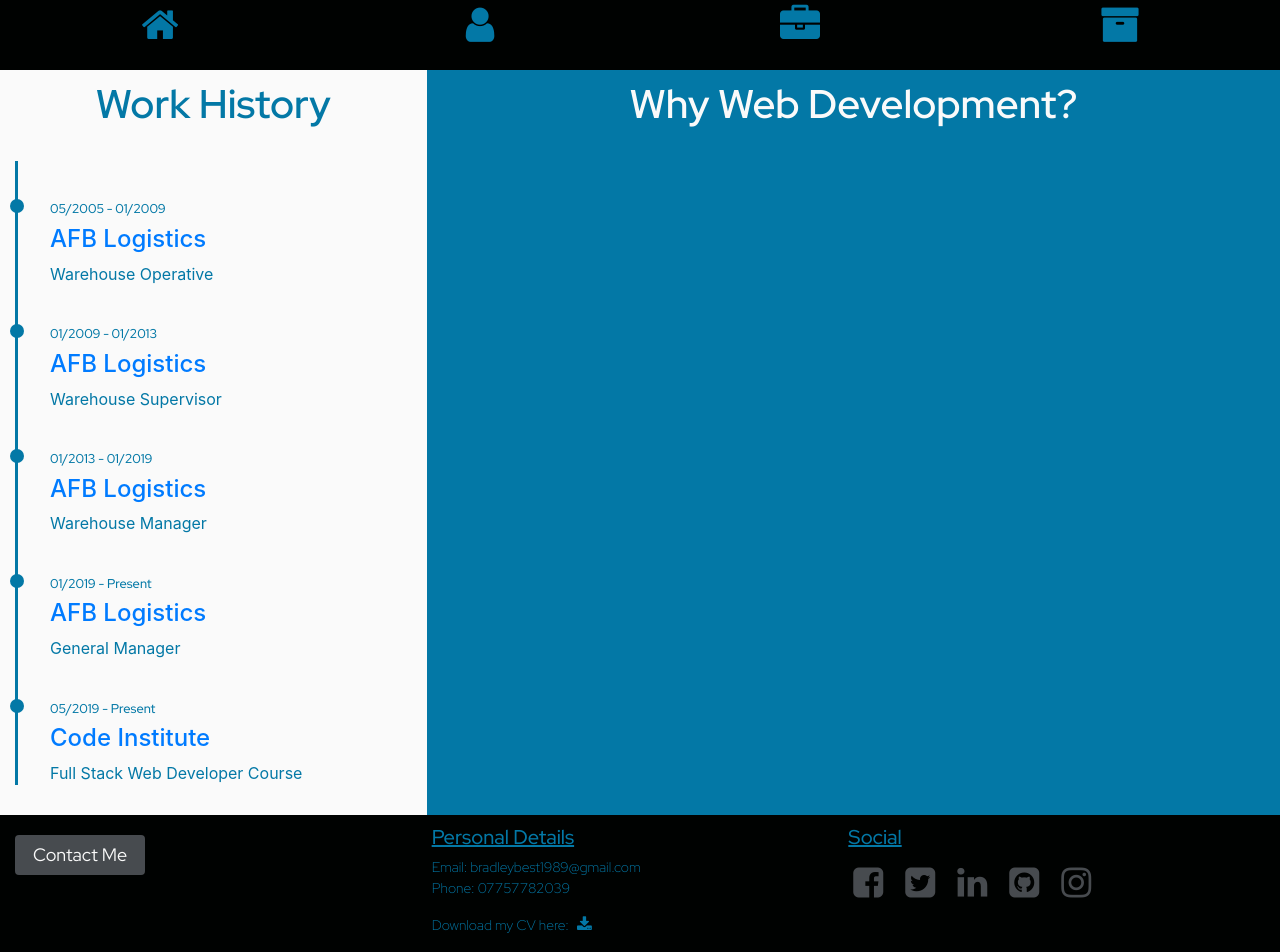
Repository: Brad000/Resume-project
Page: work-history.html
The author's editor kept a record of every edit. The page is drawn from the files as they stood at one moment, then again after the next edit.
The browser window is 1280 px wide. The pictures show the whole page.

Above is the page before.

After the next edit:
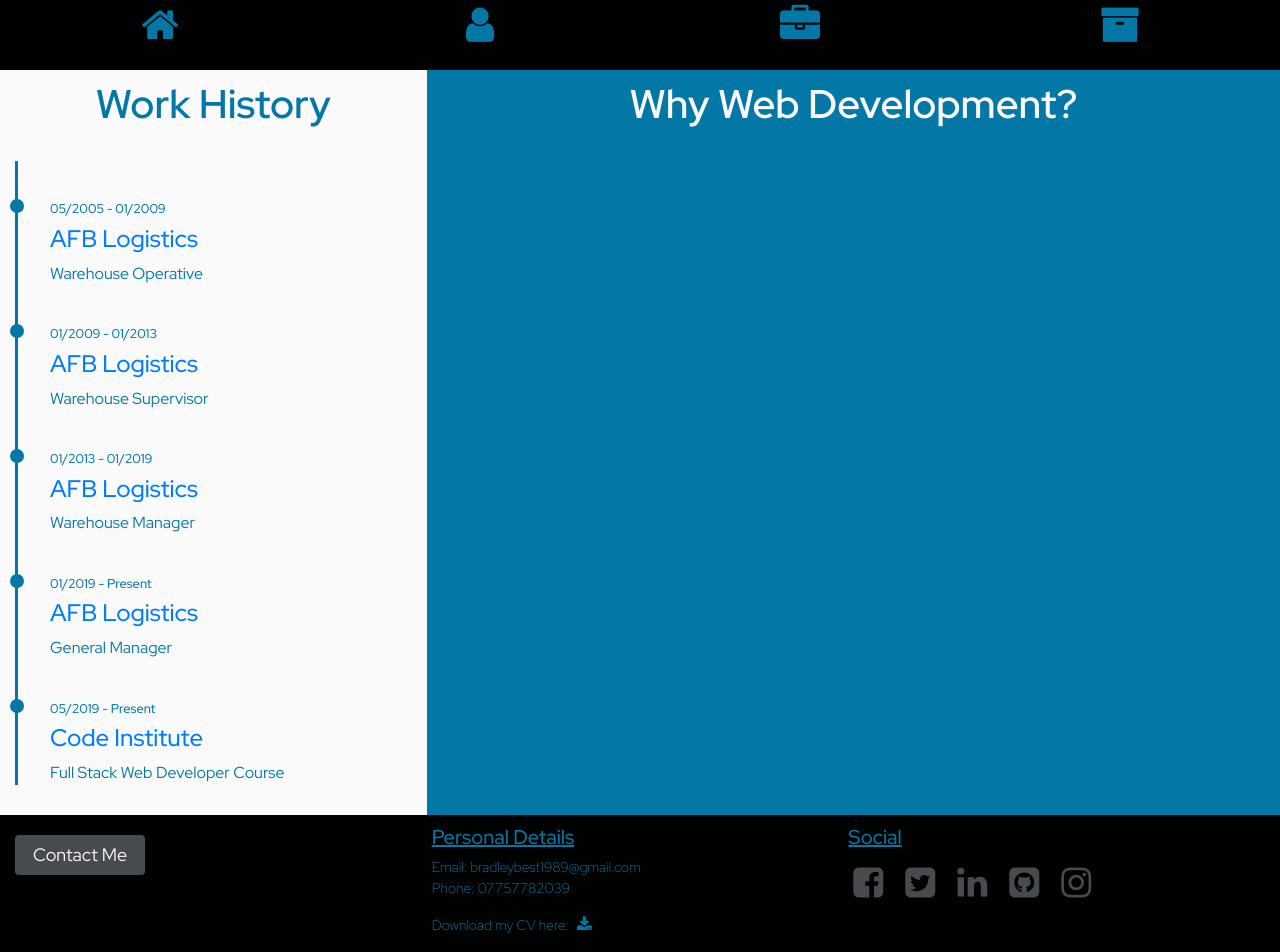
The edit:
--- a/assets/css/style.css
+++ b/assets/css/style.css
@@ -229,6 +229,7 @@
     color: #0378a6;
     border-left: 3px solid;
     margin-left: 15px;
+    font-family: 'Red Hat Display', sans-serif;
 }
 
 .timeline-item p {
